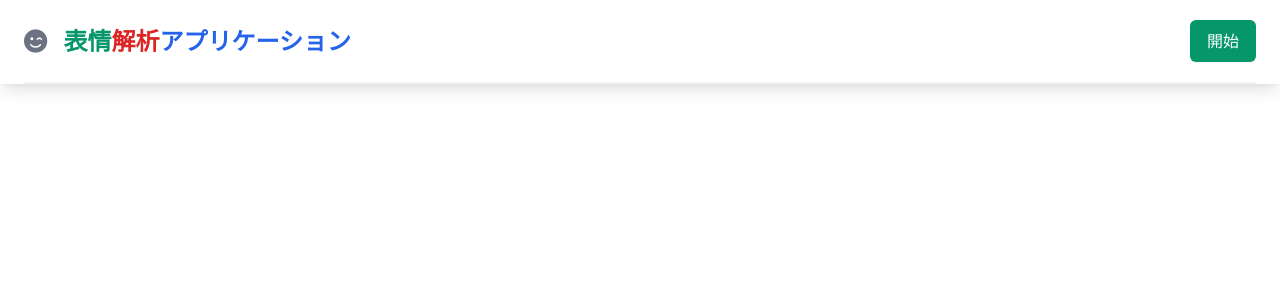
Repository: yun-mh/face-recognition-app
Page: front/index.html
The author's editor kept a record of every edit. The page is drawn from the files as they stood at one moment, then again after the next edit.
The browser window is 1280 px wide. The pictures show the whole page.
Some web libraries are served in a nearby version.

Above is the page before.

After the next edit:
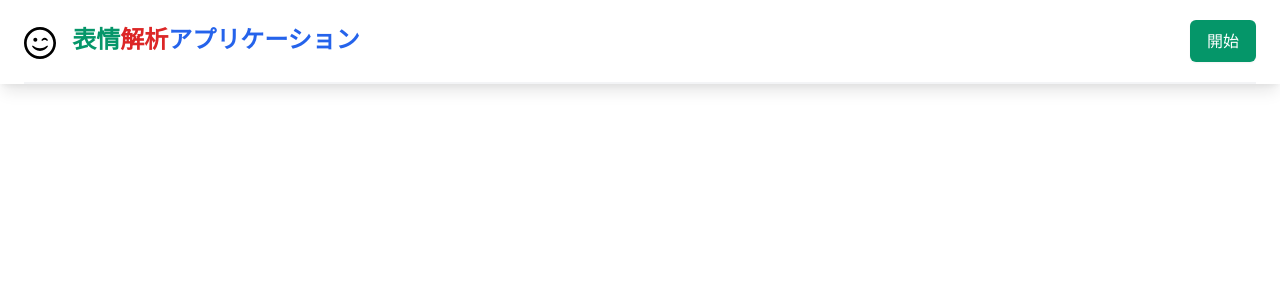
The edit:
--- a/front/index.html
+++ b/front/index.html
@@ -17,9 +17,11 @@
     <div class="fixed w-full bg-white shadow-lg">
       <div class="max-w-7xl mx-auto px-4 sm:px-6">
         <div class="flex justify-between items-center border-b-2 border-gray-100 py-5 md:justify-start md:space-x-10">
-          <div class="lg:w-0 lg:flex-1">
-            <i class="fas fa-smile-wink text-gray-500 text-2xl mr-3"></i>
-            <span class="font-bold text-2xl"><span class="text-green-600">表情</span><span class="text-red-600">解析</span><span class="text-blue-600">アプリケーション</span></span>
+          <div class="lg:w-0 lg:flex-1 h-auto items-center">
+            <span>
+            <svg class="inline-block" xmlns="http://www.w3.org/2000/svg" width="32" height="32" viewBox="0 0 24 24"><path d="M12 2c5.514 0 10 4.486 10 10s-4.486 10-10 10-10-4.486-10-10 4.486-10 10-10zm0-2c-6.627 0-12 5.373-12 12s5.373 12 12 12 12-5.373 12-12-5.373-12-12-12zm5.508 13.941c-1.513 1.195-3.174 1.931-5.507 1.931-2.335 0-3.996-.736-5.509-1.931l-.492.493c1.127 1.72 3.2 3.566 6.001 3.566 2.8 0 4.872-1.846 5.999-3.566l-.492-.493zm-9.008-5.941c-.828 0-1.5.671-1.5 1.5s.672 1.5 1.5 1.5 1.5-.671 1.5-1.5-.672-1.5-1.5-1.5zm9.5 2.002l-.755.506s-.503-.948-1.746-.948c-1.207 0-1.745.948-1.745.948l-.754-.506c.281-.748 1.205-2.002 2.499-2.002 1.295 0 2.218 1.254 2.501 2.002z"/></svg>
+            <!--<i class="fas fa-smile-wink text-gray-500 text-2xl mr-3"></i>-->
+            <span class="ml-3 font-bold text-2xl"><span class="text-green-600">表情</span><span class="text-red-600">解析</span><span class="text-blue-600">アプリケーション</span></span>
           </div>
           <div class="hidden md:flex items-center justify-end space-x-8 md:flex-1 lg:w-0">
             <span class="inline-flex rounded-md shadow-sm">
